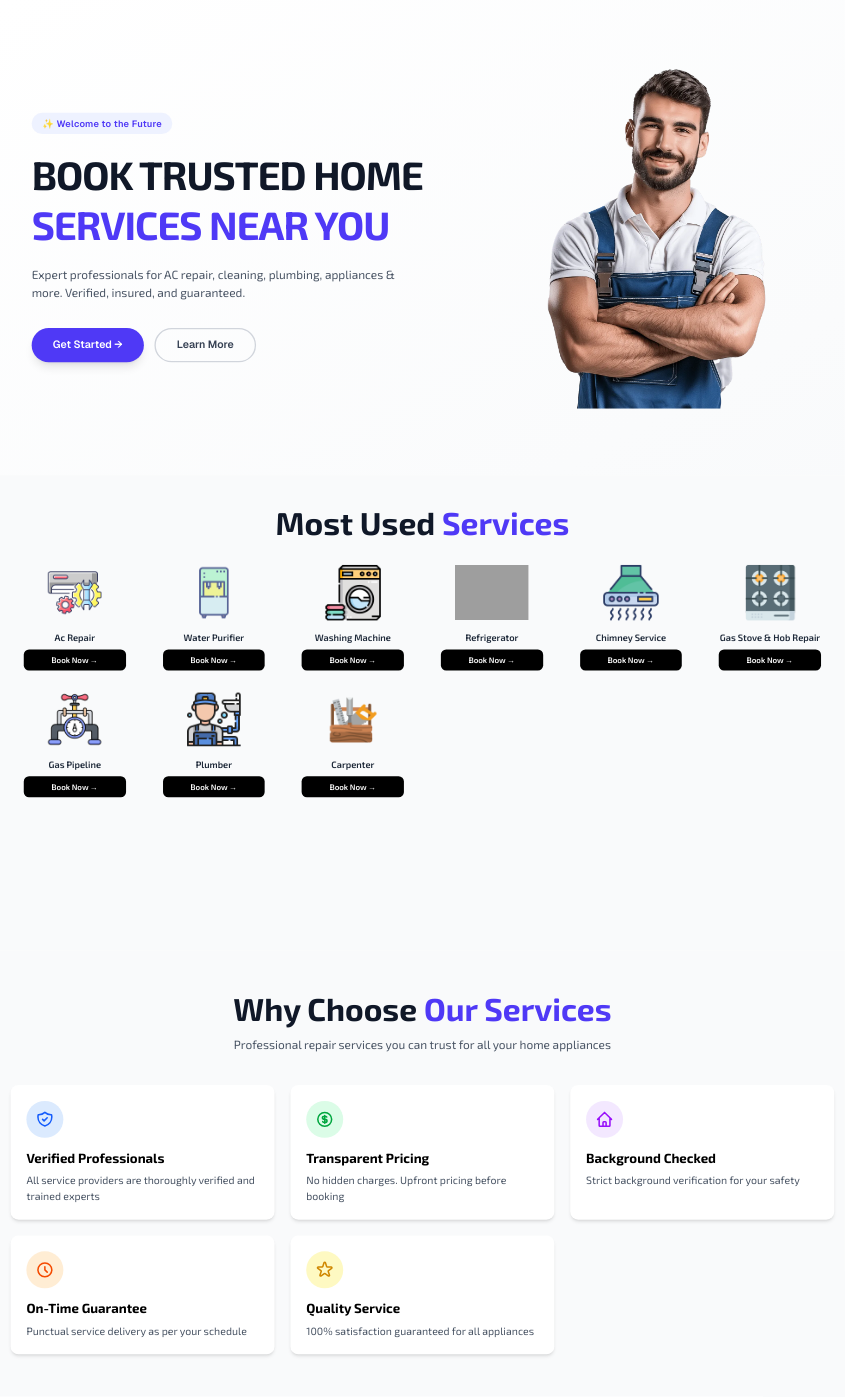
Repository: deepak445566/repai
Page: / (app in repair/)
An editor plug-in stored every save of this project. The page is shown before and after the next save, followed by the edit.
The browser window is 1280 px wide. The pictures show the whole page, at 66% of full size.
Pictures or frames that could not be fetched are drawn as grey boxes. The project was rebuilt for these pictures with package versions that can differ from the ones it lists, and the page was loaded fresh each time. The framework's server and built-in components were replaced by stand-ins that run in the browser. Also part of the build but not shown: repair/next.config.mjs.

Above is the page before, as saved 2026-04-15 14:12:05.

After the next save:
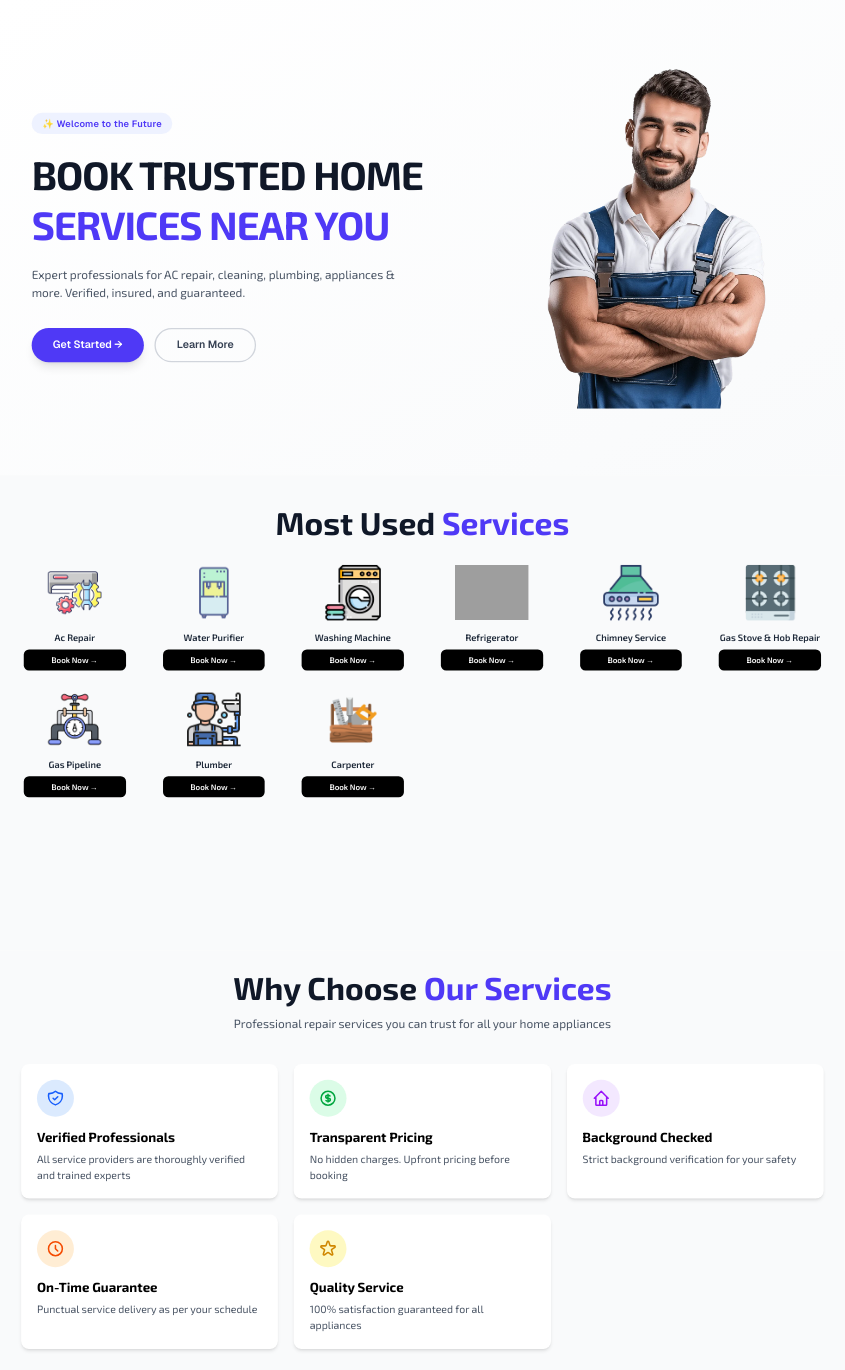
Saved 7 s later.
--- a/repair/src/components/whyChooseUs.jsx
+++ b/repair/src/components/whyChooseUs.jsx
@@ -2,7 +2,7 @@
 
 export default function WhyChooseUs() {
   return (
-    <div className="bg-gray-50 py-12 px-4 sm:py-16 exo">
+    <div className="bg-gray-50 py-12 px-4 lg:p-8 sm:py-16 exo">
       <div className="max-w-7xl mx-auto">
 
         {/* Header with Image */}
